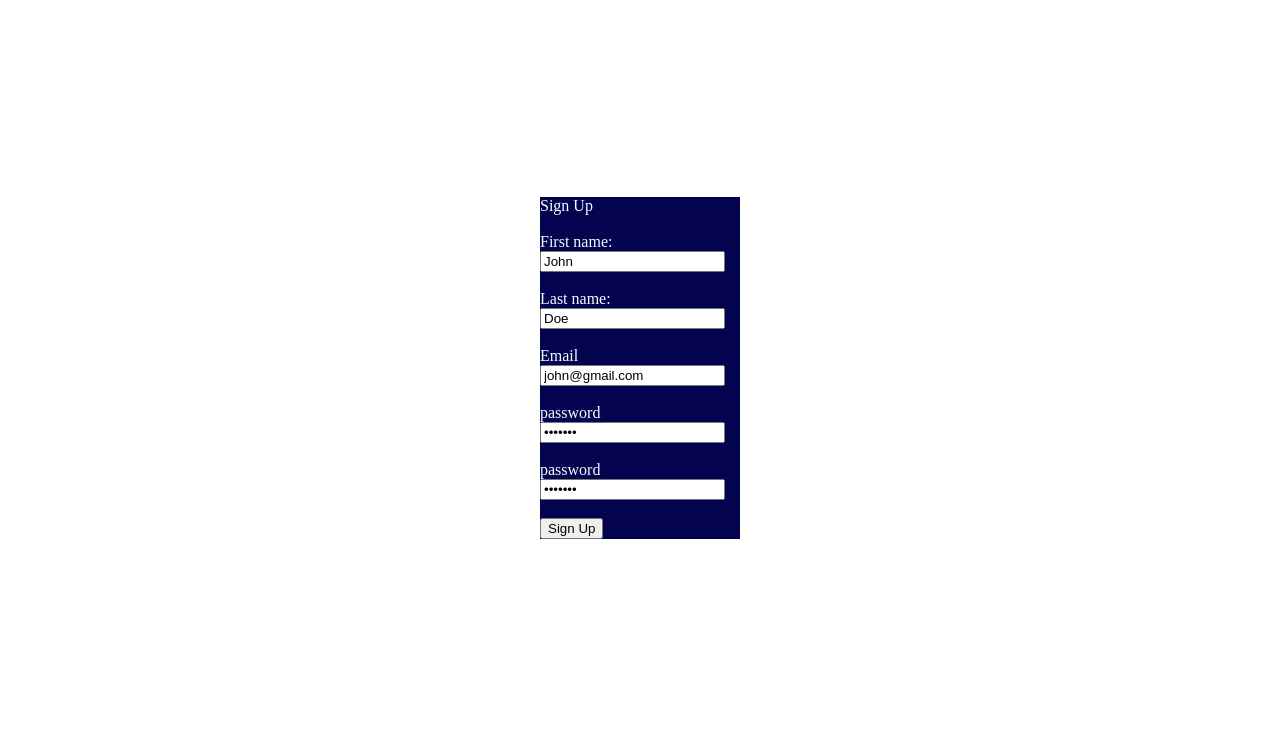
Repository: reemoon-ctrl/hotel-website
Page: mine-form_styling_start.html
An editor plug-in stored every save of this project. The page is shown before and after a run of saves, followed by the edit.
The browser window is 1280 px wide. The pictures show the whole page.

Above is the page before, as saved 2024-07-20 14:10:22.

After the next 2 saves:
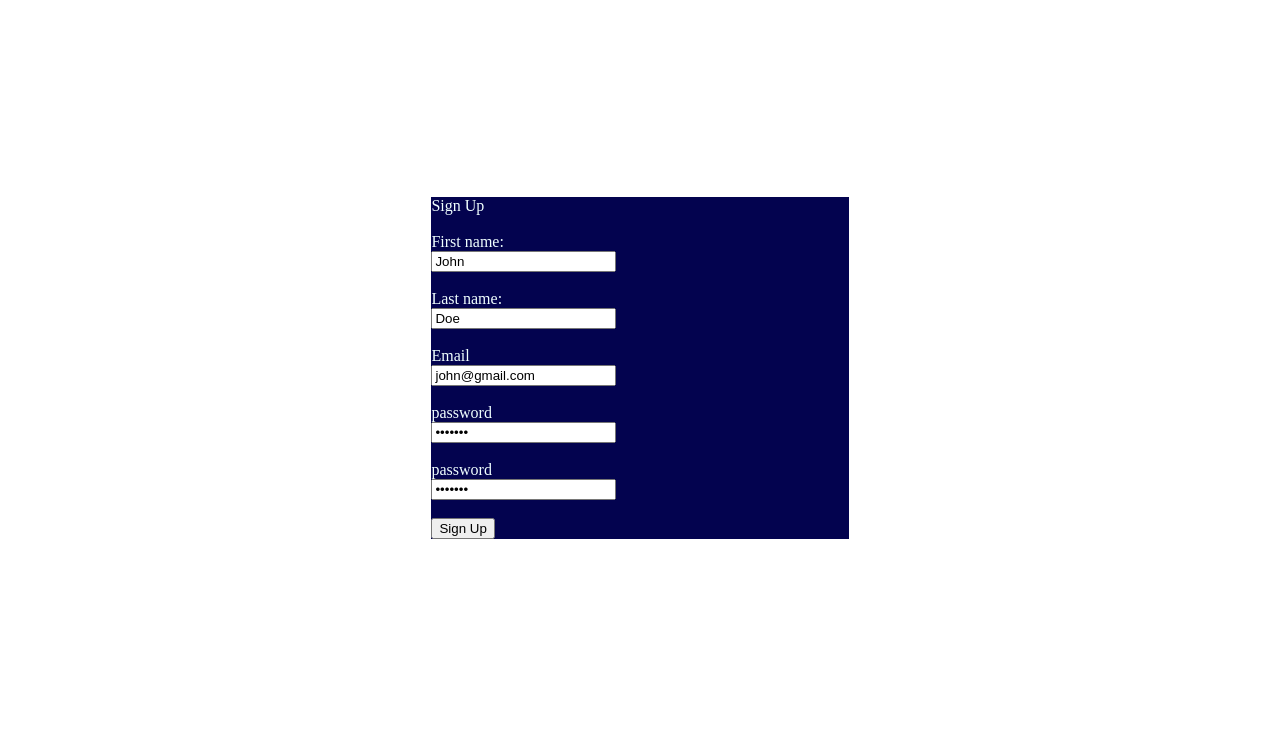
The 2 saves are shown as one change because they came seconds apart.
The last was saved 16 s later.
--- a/mine-form_styling_start.html
+++ b/mine-form_styling_start.html
@@ -15,7 +15,7 @@
     .container{
         margin: auto;
         background: rgb(3, 3, 79);
-        width: 200px;
+        width: 33%;
 
         flex-direction: column;
     }
